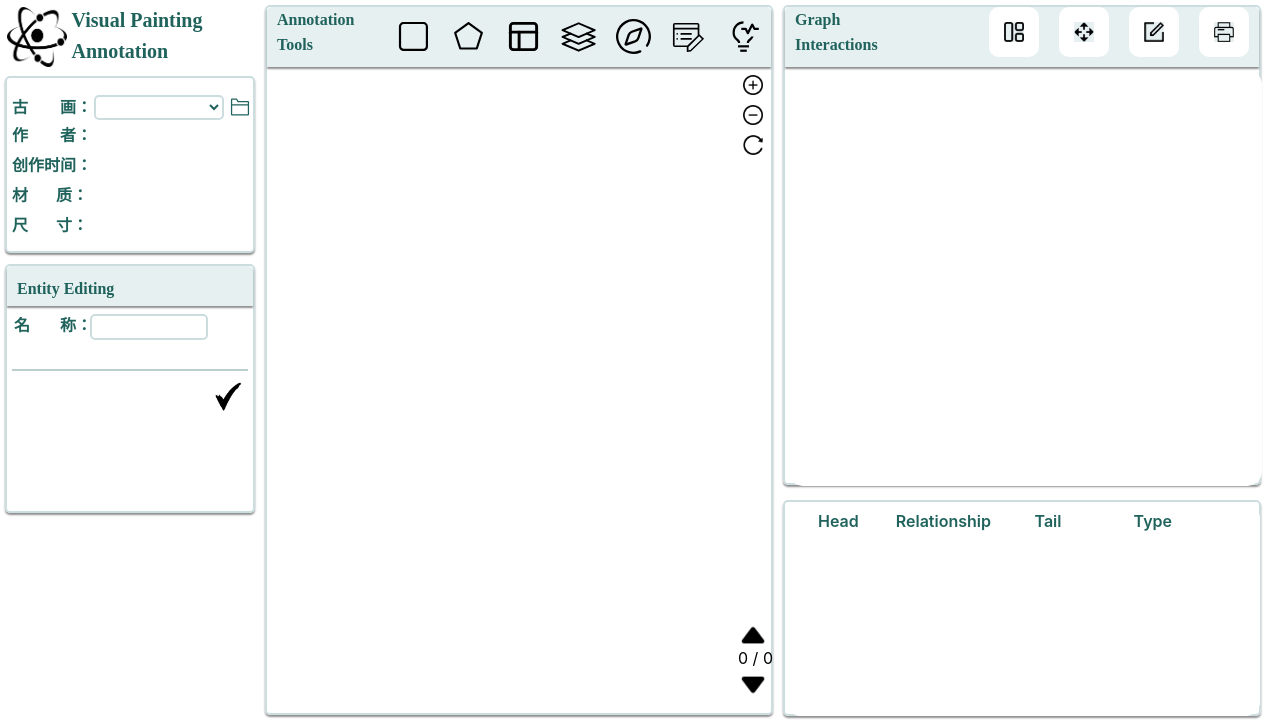
Repository: cailbh/ImageLabelTool
Page: /
The author's editor kept a copy of each file at every save. The page is drawn from the files as they stood at one save, then again after the next save.
The browser window is 1280 px wide. The pictures show the whole page.
The project was rebuilt for these pictures with package versions that can differ from the ones it lists, and the page was loaded fresh each time.

Above is the page before, as saved 2022-10-30 15:09:57.

After the next save:
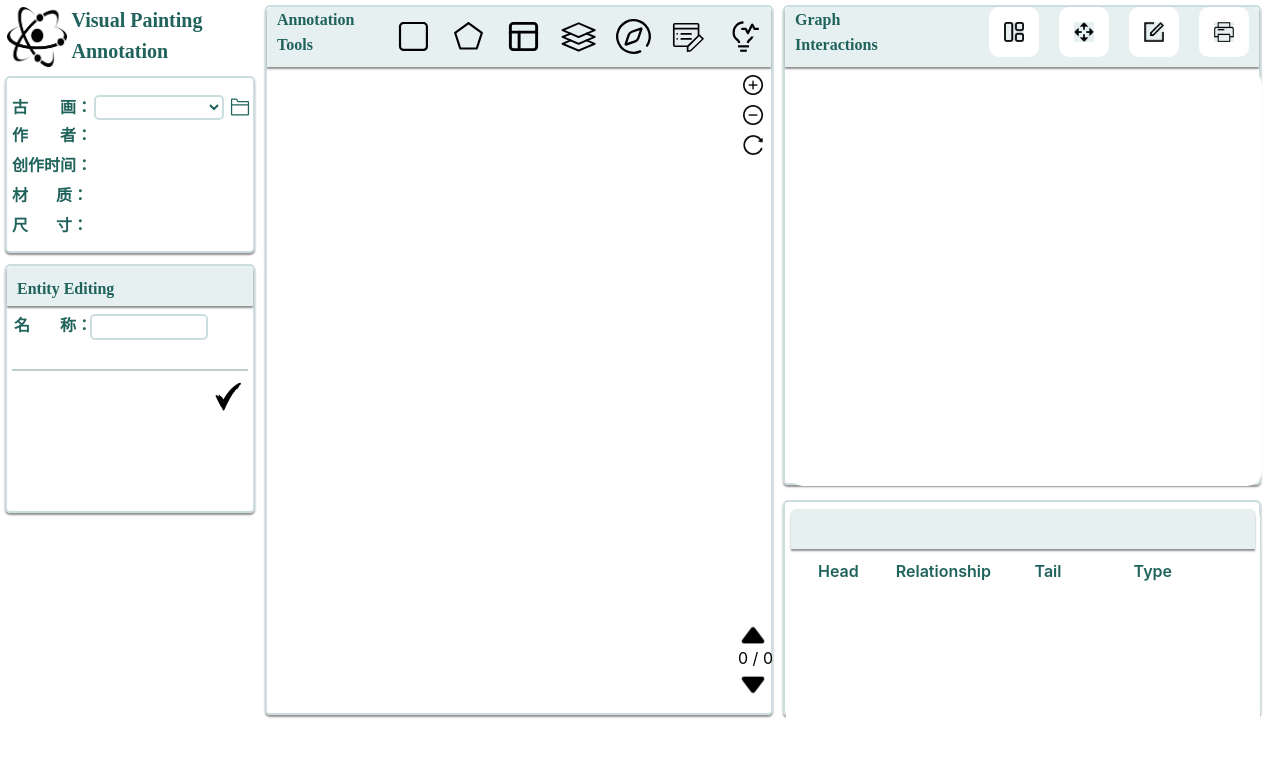
Saved 96 s later.
--- a/src/component/LabelDisplay/graph.css
+++ b/src/component/LabelDisplay/graph.css
@@ -178,6 +178,25 @@ position: relative;
     margin: 2px 1px;
     border-radius: 15px;
 }
+#relationshipBoxHead{
+    background-color: rgba(230,240,241,1);
+    margin: 5px;
+    color: rgba(32,99,92,1);
+    height: 40px;
+    font-size: 25px;
+    line-height: 30px;
+    font-weight: 600;
+    font-size: 18px;
+    line-height: 1.35;
+    font-variant: tabular-nums;
+    line-height: 1.5715;
+    font-feature-settings: "tnum";
+    font-family: SourceHanSerifCN-Heavy, SourceHanSerifCN;
+    border-top-left-radius: 5px;
+    border-top-right-radius: 5px;
+    filter: progid:DXImageTransform.Microsoft.Shadow(color=#909090,direction=120,strength=4);
+    box-shadow: 0px 2px 2px #909090;
+}
 .but {
     display: flex;
     flex-direction: column;
